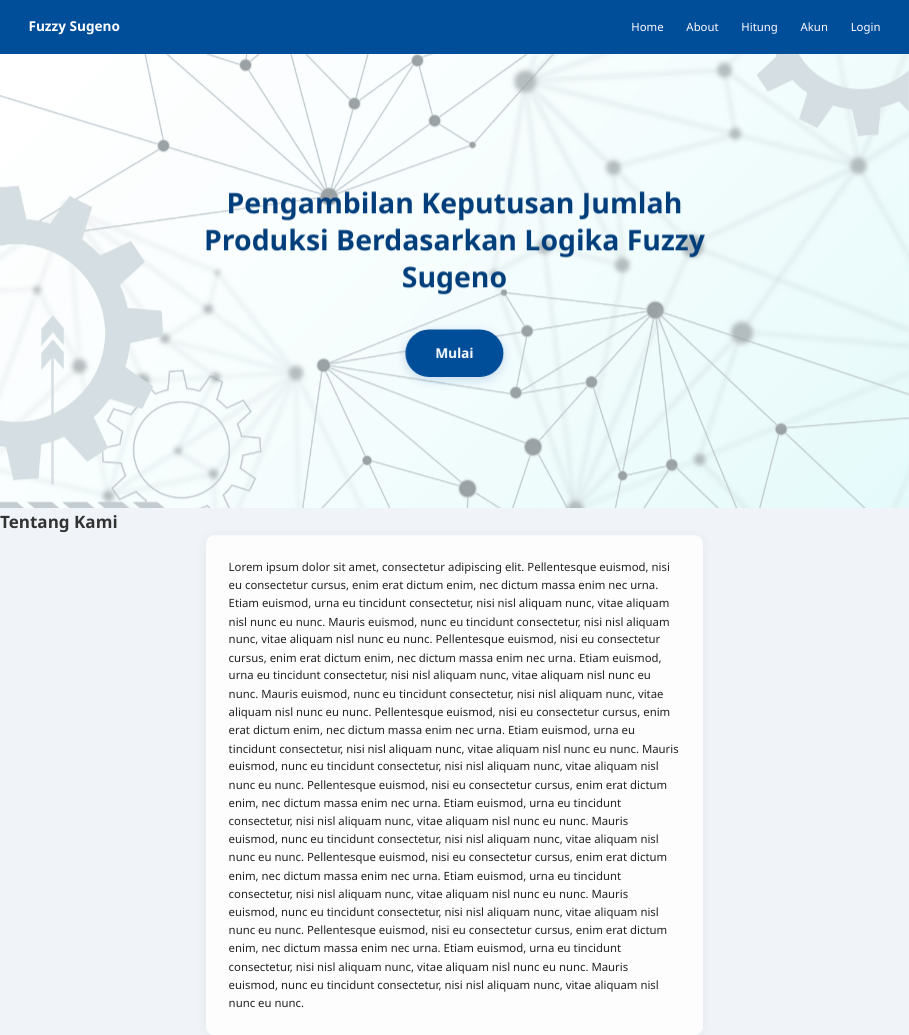
Repository: Senicccc/Defuzzy-Sugeno
Page: http://localhost/
The author's editor kept a copy of each file at every save. The page is drawn from the files as they stood at one save, then again after the next save.
The browser window is 1280 px wide. The pictures show the whole page, at 71% of full size.
The page is run by PHP 8.4 with error messages shown; the project is at /var/www/html/.

Above is the page before, as saved 2025-06-08 11:18:23.

After the next save:
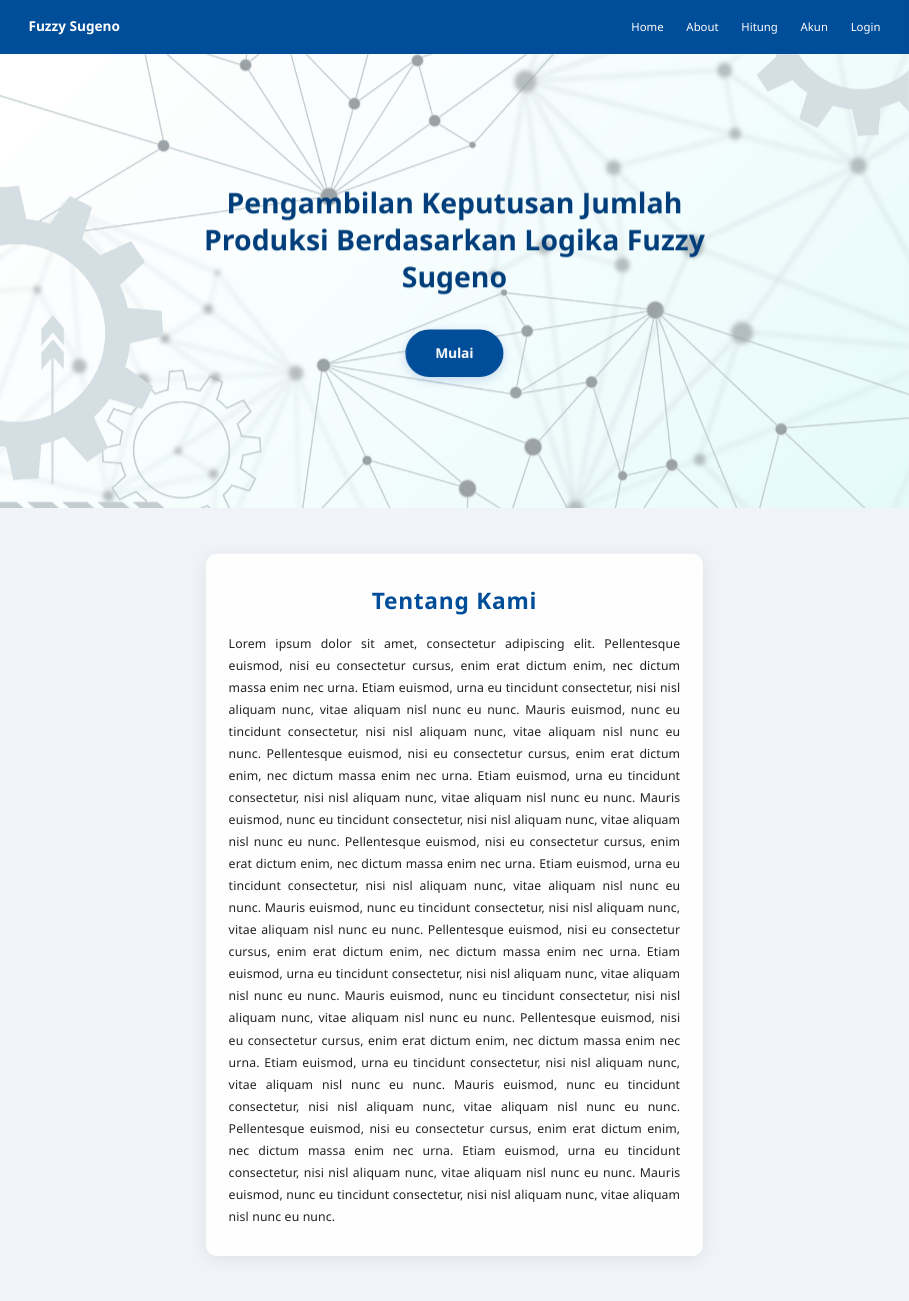
Saved 10 s later.
--- a/index.php
+++ b/index.php
@@ -20,17 +20,16 @@
         <a href="php/form.php" class="start-button">Mulai</a>
     </section>
 
-    <section class="about">
-        <h1>Tentang Kami</h1>
-        <div style=" max-width: 700px; margin: 0 auto; background: rgba(255,255,255,0.85); border-radius: 12px; padding:
-        2rem; color: #222; box-shadow: 0 2px 16px rgba(0,0,0,0.06);">
+    <section class="about-section">
+        <div class="about-content">
+            <h1>Tentang Kami</h1>
             <p>
                 Lorem ipsum dolor sit amet, consectetur adipiscing elit. Pellentesque euismod, nisi eu consectetur
                 cursus, enim erat dictum enim, nec dictum massa enim nec urna. Etiam euismod, urna eu tincidunt
-                consectetur, nisi nisl aliquam nunc, vitae aliquam nisl nunc eu nunc. Mauris euismod, nunc eu tincidunt
-                consectetur, nisi nisl aliquam nunc, vitae aliquam nisl nunc eu nunc. Pellentesque euismod, nisi eu
-                consectetur cursus, enim erat dictum enim, nec dictum massa enim nec urna. Etiam euismod, urna eu
-                tincidunt consectetur, nisi nisl aliquam nunc, vitae aliquam nisl nunc eu nunc. Mauris euismod, nunc eu
+                consectetur, nisi nisl aliquam nunc, vitae aliquam nisl nunc eu nunc. Mauris euismod, nunc eu
+                tincidunt consectetur, nisi nisl aliquam nunc, vitae aliquam nisl nunc eu nunc. Pellentesque euismod,
+                nisi eu consectetur cursus, enim erat dictum enim, nec dictum massa enim nec urna. Etiam euismod, urna
+                eu tincidunt consectetur, nisi nisl aliquam nunc, vitae aliquam nisl nunc eu nunc. Mauris euismod, nunc eu
                 tincidunt consectetur, nisi nisl aliquam nunc, vitae aliquam nisl nunc eu nunc. Pellentesque euismod,
                 nisi eu consectetur cursus, enim erat dictum enim, nec dictum massa enim nec urna. Etiam euismod, urna
                 eu tincidunt consectetur, nisi nisl aliquam nunc, vitae aliquam nisl nunc eu nunc. Mauris euismod, nunc
